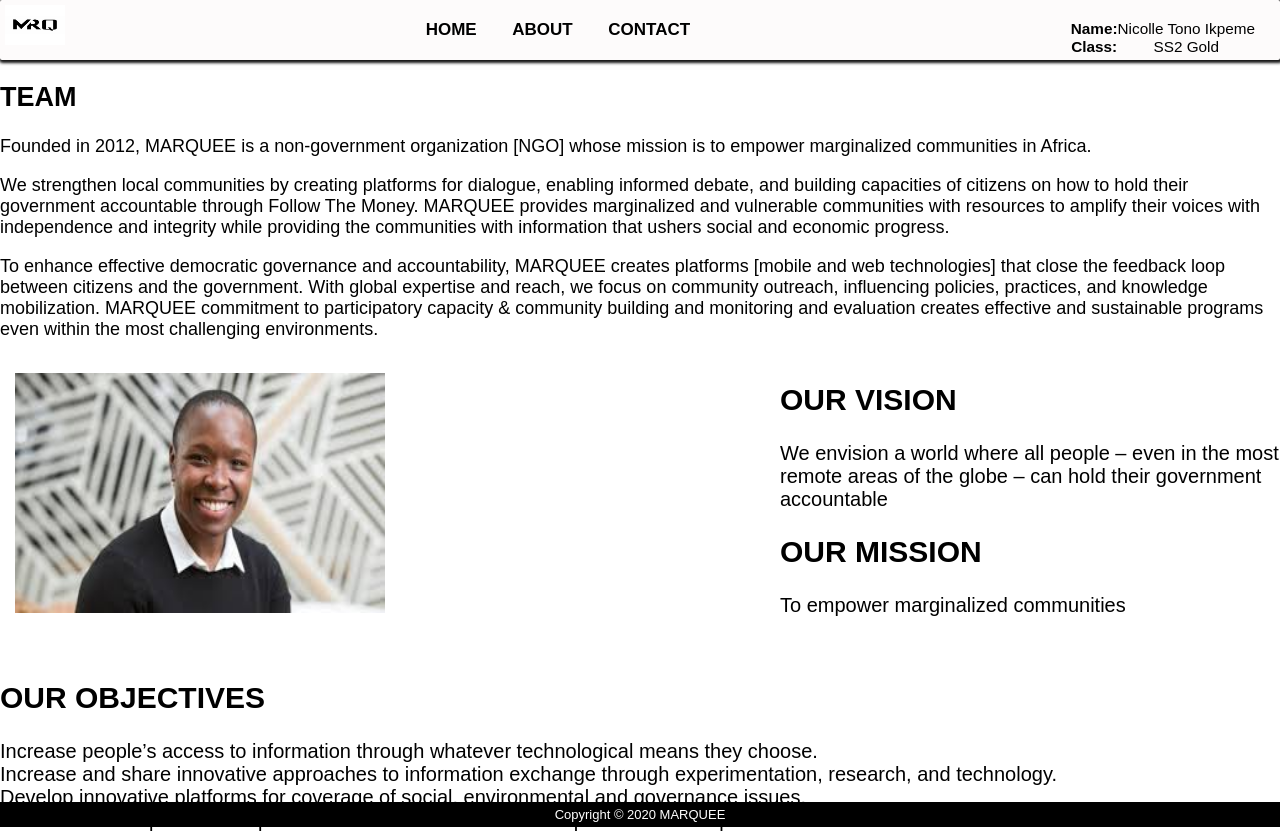
Repository: pboi18/Marquee.org
Page: about.html
An editor plug-in stored every save of this project. The page is shown before and after the next save, followed by the edit.
The browser window is 1280 px wide. The pictures show the whole page.

Above is the page before, as saved 2020-07-11 22:53:32.

### about.html
<!DOCTYPE html>
<html>
    <head>
        <meta charset="utf-8">
        <link rel="icon" type="image/png" sizes="16x16" href="img/logo.png">
        <title>Marquee</title>

        <link rel="stylesheet" href="style.css" >
        <link rel="stylesheet" href="normalize.css" >


    </head>

    <body>

        <div class="main">
            <nav>

                    <div class="navbar2">

                        <img src="img/logo.png" alt="MARQUEE" class="logo">

                        <ul class="main-nav">
                            <li>
                                <a href="home.html">
                                    Home
                                </a>
                            </li>

                            <li>
                                <a href="about.html">
                                    ABOUT
                                </a>
                            </li>

                            <li>
                                <a href="contact.html">
                                    CONTACT
                                </a>
                            </li>

                            <li style="float: right;">
                                <table class="id">
                                    <tr>
                                        <th>Name:</th>
                                        <td> Nicolle Tono Ikpeme</td>
                                    </tr>

                                    <tr>
                                        <th>Class:</th>
                                        <td> SS2 Gold</td>
                                    </tr>

                                </table>
                            </li>

                        </ul>
                    </div>

            </nav>

            <main>
                <div style="font-size: 90%;">
                    <h2>TEAM</h2>

                    <p>Founded in 2012, MARQUEE is a non-government organization [NGO] whose mission is to empower
                        marginalized communities in Africa.

                    </p>


                    <p>
                        We strengthen local communities by creating platforms for dialogue, enabling informed
                        debate, and building capacities of citizens on how to hold their government accountable
                        through Follow The Money.  MARQUEE provides marginalized and vulnerable communities with
                        resources to amplify their voices with independence and integrity while providing the communities
                        with information that ushers social and economic progress.
                    </p>

                    <p>
                        To enhance effective democratic governance and accountability, MARQUEE creates platforms
                        [mobile and web technologies] that close the feedback loop between citizens and the government.
                        With global expertise and reach, we focus on community outreach, influencing policies, practices, and
                        knowledge mobilization. MARQUEE commitment to participatory capacity & community building and
                        monitoring and evaluation creates effective and sustainable programs even within the most challenging
                        environments.
                    </p>
                </div>

                <div>
                    <img src="img/download.jpg" alt="picture of a woman" style="float: left; width: 400px; height: 270px; padding: 15px; margin: auto;">

                    <div style="float: right; width: 500px; margin: auto;">
                        <h2>OUR VISION</h2>
                        <p>We envision a world where all people – even in the most remote areas of the globe – can hold
                            their government accountable
                        </p>
                        <h2>OUR MISSION</h2>
                        <p>To empower marginalized communities</p>
                    </div><br>

                    <div style="margin-top: 300px;">
                        <h2>
                            OUR OBJECTIVES
                        </h2>

                        <ul>
                            <li>
                                Increase people’s access to information through whatever technological means they choose.
                            </li>
                            <li>
                                Increase and share innovative approaches to information exchange through experimentation, research, and technology.
                            </li>
                            <li>
                                Develop innovative platforms for coverage of social, environmental and governance issues.
                        </li>
                            <li>
                                Increase the adoption and implementation of international development laws and policies.
                            </li>
                        </ul>
                    </div>
                </div>
            </main>

            <footer>
                <P style="color: white; text-align: center; margin: 0; padding: 5px; font-size: small;">
                    Copyright &copy; 2020 MARQUEE
                </P>
            </footer>
        </div>
    </body>
</html>

### style.css
* {
    margin: o;
    padding: 0;
    box-sizing: border-box;
}

html {
    background-color: #fff;
    max-width: 100%;
    font-size: 20px;
    font-weight: 300;
    font-family: Arial, Helvetica, sans-serif;
    text-rendering: optimizeLegibility;
}



h1 {
    margin: 0;
}

label {
    display: block;
    padding: 10px;
}

input {
    display: block;
    width: 100%;
    height: 35px;
}

button {
    /* display: block; */
}

textarea {
    display: block;
    height: 100px;
    width: 100%;
}
/* header {
    background-image: linear-gradient( rgba(0, 0, 0, 0.4), rgba(0, 0, 0, 0.4)), url(img/home.jpg);
    height: 100vh;
    background-size: cover;
    background-position: center;
} */


.logo {
    height: 40px;
    width: 60px;
    float: left;
    margin: 5px;
}

.main-nav {
    list-style: none;
    margin: auto;
    margin-top: 10px;
    text-align: center;


}

.main-nav li {
    display: inline-block;
    margin: 10px 15px;
    font-size: 85%;

}

.main-nav li a:link,
.main-nav li a:visited {
    color: #000;
    text-decoration: none;
    text-transform: uppercase;
    font-weight: bold;
    padding: 3px 0px;
    border-bottom: 3px solid transparent;
    transition: border-bottom 0.2s;
}

.main-nav li a:hover,
.main-nav li a:active {
    border-bottom: 3px solid rgb(158, 0, 0);
}
.id {
    display: inline;
    padding: 10px;
    font-size: 90%;
}

.navbar {
    height: 50px;
    width: 100%;
    display: inline-block;
    border-radius: 2px;
    box-shadow: 0px 3px -1px 2px rgb(190, 189, 189);
    position: fixed;
    background-color: rgb(253, 251, 251);
}

.navbar2 {
    height: 60px;
    width: 100%;
    display: inline-block;
    border-radius: 2px;
    box-shadow: 1px 1px 3px 2px rgb(20, 20, 20);
    /* position: fixed; */
    background-color: rgb(253, 251, 251);
}

.numb {
    border: solid 5px rgb(63, 62, 62);
    text-align: center;
    width: 40px;
    height: 30px;
    align-self: center;
    border-radius: 50%;
    margin: auto;
    background-color: rgb(63, 62, 62);
    color: white;
}
.wup {
    padding-top: 10px;

    background: linear-gradient(180deg, #DF2828 5.21%, rgba(223, 40, 40, 0.427083) 55.73%, rgba(223, 40, 40, 0.427083) 64.06%, rgba(223, 40, 40, 0.427083) 73.44%, rgba(222, 17, 17, 0.427083) 100%, rgba(170, 77, 77, 0) 100%);
}

.cover {
    border-radius: 5px;
    margin: auto;
}

.sec {
    background-color: black;
    height: 280px;
    width: 100%;
    text-align: center;
}



main {
    height: 100vh;
    margin: auto;
}

.con {
    width: 90%;
    margin: auto;
    height: 100vh;
    ;

}
.contact {
    text-align: center;
    margin: auto;
    margin-bottom: 50px;
}
.image {
    width: 550px;
    height: 500px;
    float: left;
}

.form2 {
    float: right;
    text-align: left;
    font-size: 85%;
    font-weight: bold;
}

footer {
    background-color: #000;
}

Loaded but not shown: normalize.css (library)

After the next save:
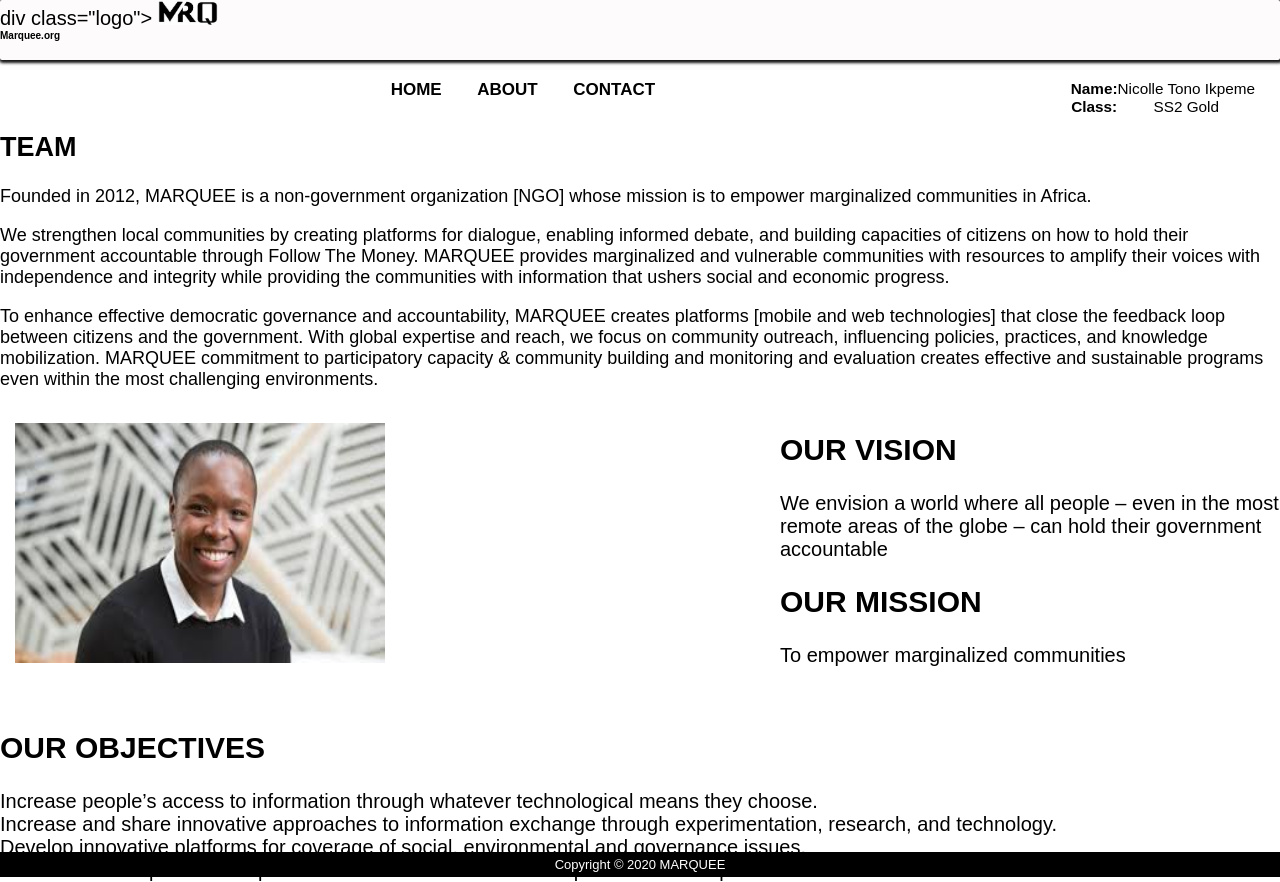
Saved 91 s later.
--- a/about.html
+++ b/about.html
@@ -17,9 +17,10 @@
             <nav>
 
                     <div class="navbar2">
-
-                        <img src="img/logo.png" alt="MARQUEE" class="logo">
-
+                        div class="logo">
+                            <img src="img/logo2.jpg" alt="MARQUEE" style="width: 60px; height: 25px;">
+                            <p style="font-weight:bold; font-size: x-small; margin: 0px;">Marquee.org</p>
+                        </div>
                         <ul class="main-nav">
                             <li>
                                 <a href="home.html">

After the save that followed:
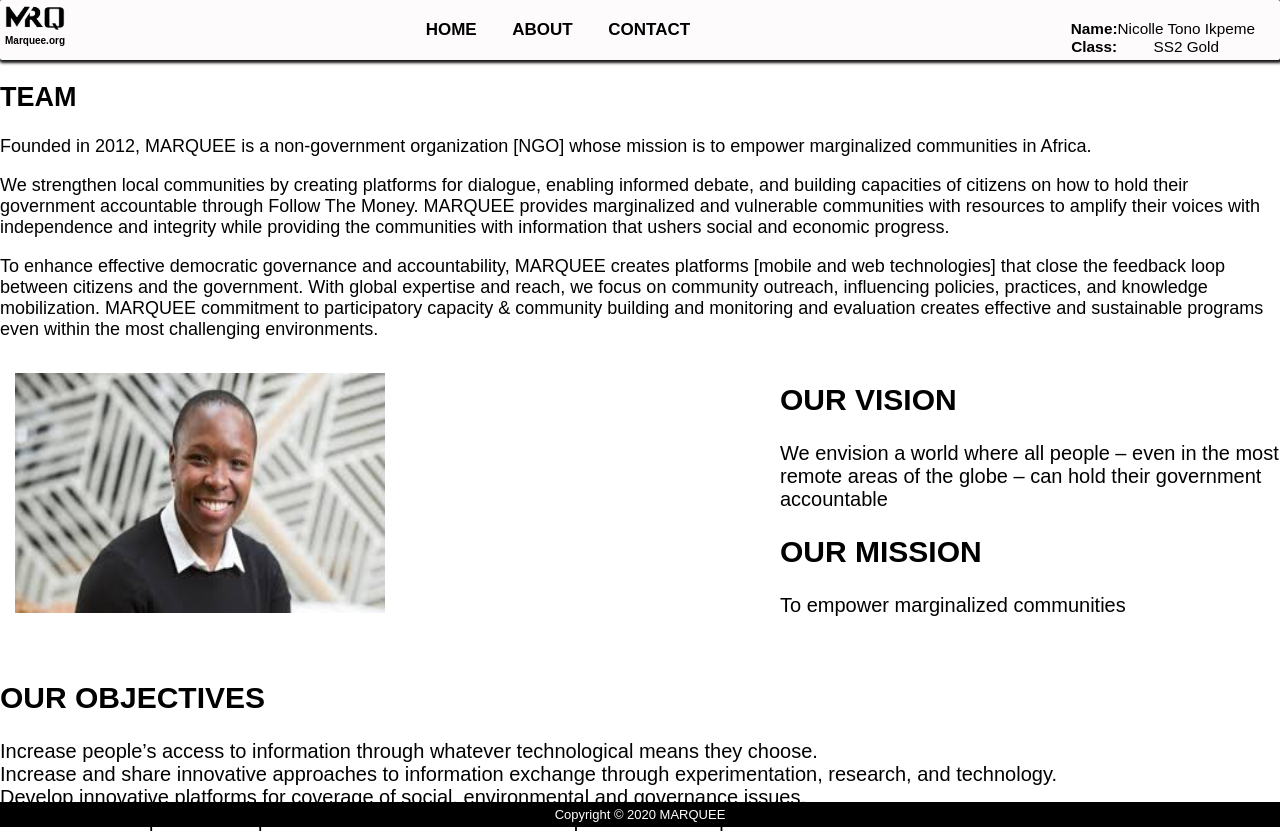
Saved 14 s later.
--- a/about.html
+++ b/about.html
@@ -17,7 +17,7 @@
             <nav>
 
                     <div class="navbar2">
-                        div class="logo">
+                        <div class="logo">
                             <img src="img/logo2.jpg" alt="MARQUEE" style="width: 60px; height: 25px;">
                             <p style="font-weight:bold; font-size: x-small; margin: 0px;">Marquee.org</p>
                         </div>
